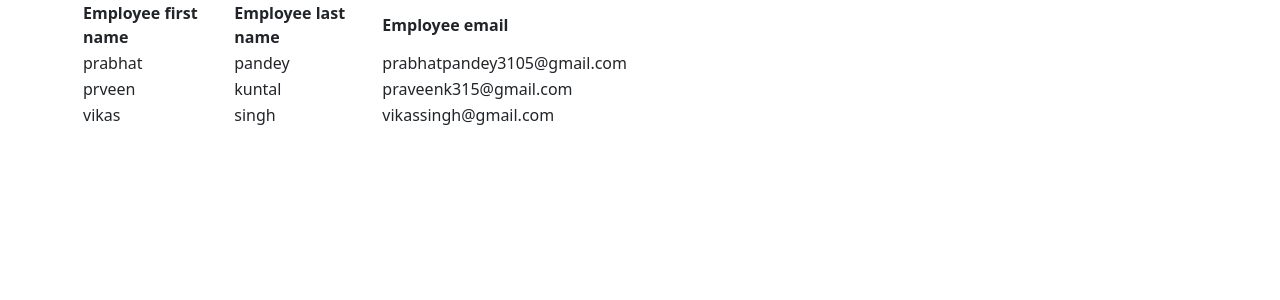
Repository: Prabhat-pandey31/SpringBootBasics
Page: http://localhost/add-bootstrap-demo
An editor plug-in stored every save of this project. The page is shown before and after the next save, followed by the edit.
The browser window is 1280 px wide. The pictures show the whole page.
The page is this project's Thymeleaf template; nobody is signed in. The template is opened directly, without the code that normally fills it, so the values that code supplies are empty.

Above is the page before, as saved 2024-06-09 08:18:17.

### Thymeleaf_springboot_learning/src/main/resources/templates/add-bootstrap-demo.html
<!DOCTYPE html>
<html>
<head>
<meta charset="ISO-8859-1">
<title>Prabhat Pandey Bootstrap</title>
<link href="https://cdn.jsdelivr.net/npm/bootstrap@5.3.3/dist/css/bootstrap.min.css" rel="stylesheet" integrity="sha384-QWTKZyjpPEjISv5WaRU9OFeRpok6YctnYmDr5pNlyT2bRjXh0JMhjY6hW+ALEwIH" crossorigin="anonymous">
</head>
<body>

<div class="container">
<div class="row">
<div class="col-md-6">
<table>
<thead>
<tr>
<th>Employee first name</th>
<th>Employee last name</th>
<th>Employee email</th>
</tr>
</thead>
<tbody>
<tr>
<td>prabhat</td>
<td>pandey </td>
<td>prabhatpandey3105@gmail.com </td>
</tr>

<tr>
<td>prveen</td>
<td>kuntal </td>
<td>praveenk315@gmail.com </td>
</tr>

<tr>
<td>vikas</td>
<td>singh </td>
<td>vikassingh@gmail.com </td>
</tr>



</tbody>

</table>

</div>
</div>
</div>

</body>
</html>

Loaded but not shown: Thymeleaf_springboot_learning/src/main/resources/static/Css/bootstrap.css (library)

After the next save:
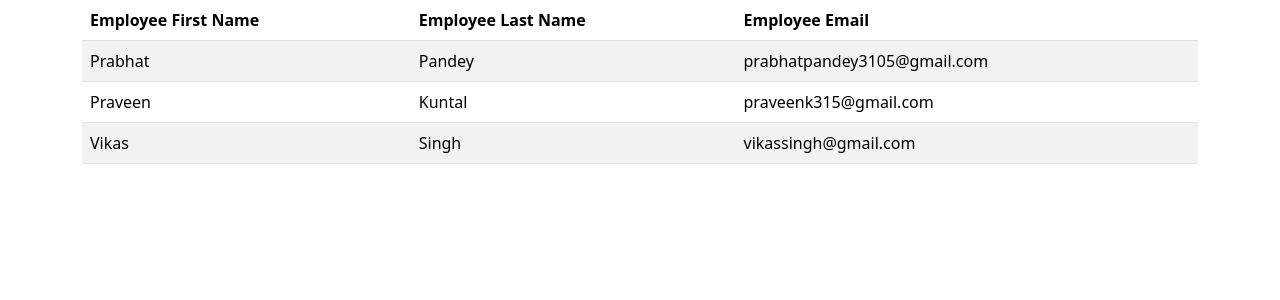
Saved 3 min 19 s later.
--- a/Thymeleaf_springboot_learning/src/main/resources/templates/add-bootstrap-demo.html
+++ b/Thymeleaf_springboot_learning/src/main/resources/templates/add-bootstrap-demo.html
@@ -1,50 +1,45 @@
 <!DOCTYPE html>
 <html>
 <head>
-<meta charset="ISO-8859-1">
+<meta charset="UTF-8">
 <title>Prabhat Pandey Bootstrap</title>
-<link href="https://cdn.jsdelivr.net/npm/bootstrap@5.3.3/dist/css/bootstrap.min.css" rel="stylesheet" integrity="sha384-QWTKZyjpPEjISv5WaRU9OFeRpok6YctnYmDr5pNlyT2bRjXh0JMhjY6hW+ALEwIH" crossorigin="anonymous">
+<link th:href="@{/Css/bootstrap.css}" rel="stylesheet">
 </head>
 <body>
 
 <div class="container">
-<div class="row">
-<div class="col-md-6">
-<table>
-<thead>
-<tr>
-<th>Employee first name</th>
-<th>Employee last name</th>
-<th>Employee email</th>
-</tr>
-</thead>
-<tbody>
-<tr>
-<td>prabhat</td>
-<td>pandey </td>
-<td>prabhatpandey3105@gmail.com </td>
-</tr>
-
-<tr>
-<td>prveen</td>
-<td>kuntal </td>
-<td>praveenk315@gmail.com </td>
-</tr>
-
-<tr>
-<td>vikas</td>
-<td>singh </td>
-<td>vikassingh@gmail.com </td>
-</tr>
-
-
-
-</tbody>
-
-</table>
-
-</div>
-</div>
+    <div class="row">
+        <div class="col-md-12">
+            <div class="table-responsive">
+                <table class="table table-striped">
+                    <thead>
+                        <tr>
+                            <th>Employee First Name</th>
+                            <th>Employee Last Name</th>
+                            <th>Employee Email</th>
+                        </tr>
+                    </thead>
+                    <tbody>
+                        <tr>
+                            <td>Prabhat</td>
+                            <td>Pandey</td>
+                            <td>prabhatpandey3105@gmail.com</td>
+                        </tr>
+                        <tr>
+                            <td>Praveen</td>
+                            <td>Kuntal</td>
+                            <td>praveenk315@gmail.com</td>
+                        </tr>
+                        <tr>
+                            <td>Vikas</td>
+                            <td>Singh</td>
+                            <td>vikassingh@gmail.com</td>
+                        </tr>
+                    </tbody>
+                </table>
+            </div>
+        </div>
+    </div>
 </div>
 
 </body>
